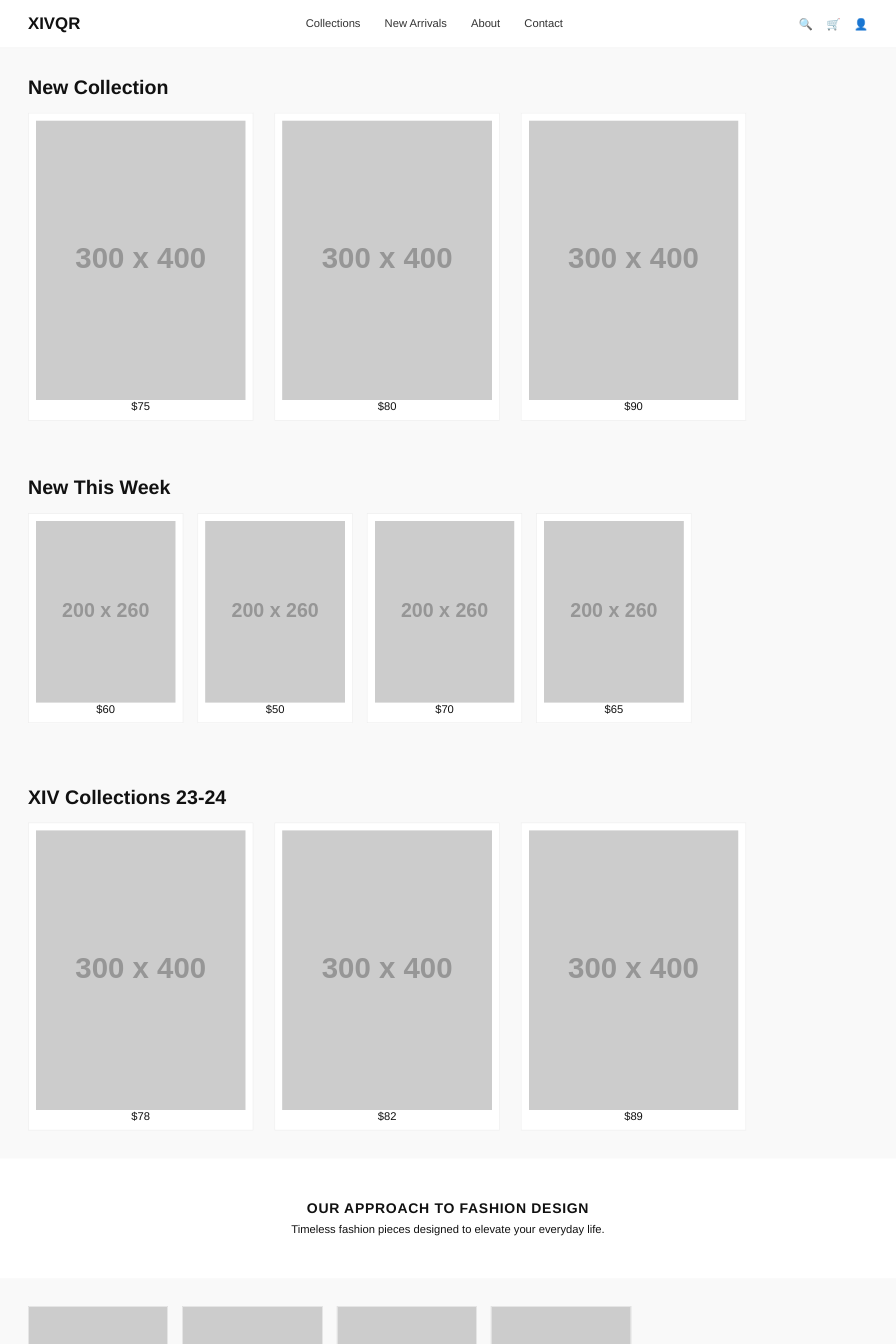
Repository: Diegoms0595/retail-dashboard-app
Page: index.html
An editor plug-in stored every save of this project. The page is shown before and after the next save, followed by the edit.
The browser window is 1280 px wide. The pictures show the part of the page from y = 0 to 1920 px (the page is 2301 px tall before and 4800 px after), at 70% of full size.

Above is the page before, as saved 2025-06-19 18:06:54.

### index.html
<!DOCTYPE html>
<html lang="en">
<head>
  <meta charset="UTF-8" />
  <meta name="viewport" content="width=device-width, initial-scale=1.0"/>
  <title>XIV QR Fashion</title>
  <link rel="stylesheet" href="style.css"/>
</head>
<body>

  <header class="navbar">
    <div class="logo">XIVQR</div>
    <nav class="nav-links">
      <a href="#">Collections</a>
      <a href="#">New Arrivals</a>
      <a href="#">About</a>
      <a href="#">Contact</a>
    </nav>
    <div class="icons">
      <span>🔍</span>
      <span>🛒</span>
      <span>👤</span>
    </div>
  </header>

  <section class="section new-collection">
    <h2>New Collection</h2>
    <div class="product-grid">
      <div class="product-card">
        <img src="https://via.placeholder.com/300x400" alt="Product" />
        <p>$75</p>
      </div>
      <div class="product-card">
        <img src="https://via.placeholder.com/300x400" alt="Product" />
        <p>$80</p>
      </div>
      <div class="product-card">
        <img src="https://via.placeholder.com/300x400" alt="Product" />
        <p>$90</p>
      </div>
    </div>
  </section>

  <section class="section new-this-week">
    <h2>New This Week</h2>
    <div class="product-row">
      <div class="product-card">
        <img src="https://via.placeholder.com/200x260" alt="Product"/>
        <p>$60</p>
      </div>
      <div class="product-card">
        <img src="https://via.placeholder.com/200x260" alt="Product"/>
        <p>$50</p>
      </div>
      <div class="product-card">
        <img src="https://via.placeholder.com/200x260" alt="Product"/>
        <p>$70</p>
      </div>
      <div class="product-card">
        <img src="https://via.placeholder.com/200x260" alt="Product"/>
        <p>$65</p>
      </div>
    </div>
  </section>

  <section class="section collections">
    <h2>XIV Collections 23-24</h2>
    <div class="product-grid">
      <div class="product-card">
        <img src="https://via.placeholder.com/300x400" alt="Product" />
        <p>$78</p>
      </div>
      <div class="product-card">
        <img src="https://via.placeholder.com/300x400" alt="Product" />
        <p>$82</p>
      </div>
      <div class="product-card">
        <img src="https://via.placeholder.com/300x400" alt="Product" />
        <p>$89</p>
      </div>
    </div>
  </section>

  <section class="design-approach">
    <h3>OUR APPROACH TO FASHION DESIGN</h3>
    <p>Timeless fashion pieces designed to elevate your everyday life.</p>
  </section>

  <section class="gallery">
    <img src="https://via.placeholder.com/200x250" alt="">
    <img src="https://via.placeholder.com/200x250" alt="">
    <img src="https://via.placeholder.com/200x250" alt="">
    <img src="https://via.placeholder.com/200x250" alt="">
  </section>

  <footer class="footer">
    <div class="footer-logo">XIV<br>QR</div>
    <p>&copy; 2025 XIVQR. All rights reserved.</p>
  </footer>

</body>
</html>

### style.css
* {
  margin: 0;
  padding: 0;
  box-sizing: border-box;
}

body {
  font-family: 'Helvetica Neue', sans-serif;
  color: #111;
  background-color: #f9f9f9;
}

.navbar {
  display: flex;
  justify-content: space-between;
  align-items: center;
  padding: 20px 40px;
  background: white;
  border-bottom: 1px solid #eee;
}

.logo {
  font-size: 24px;
  font-weight: bold;
}

.nav-links a {
  margin: 0 15px;
  text-decoration: none;
  color: #333;
  font-weight: 500;
}

.icons span {
  margin-left: 15px;
  cursor: pointer;
}

.section {
  padding: 40px;
}

.section h2 {
  font-size: 28px;
  margin-bottom: 20px;
}

.product-grid {
  display: flex;
  gap: 30px;
  flex-wrap: wrap;
}

.product-row {
  display: flex;
  gap: 20px;
  overflow-x: auto;
  padding-bottom: 10px;
}

.product-card {
  background: white;
  border: 1px solid #eee;
  padding: 10px;
  text-align: center;
}

.product-card img {
  width: 100%;
  height: auto;
  display: block;
}

.design-approach {
  text-align: center;
  padding: 60px 20px;
  background-color: #fff;
}

.design-approach h3 {
  font-size: 20px;
  letter-spacing: 1px;
  margin-bottom: 10px;
}

.gallery {
  display: flex;
  gap: 20px;
  padding: 40px;
  overflow-x: auto;
}

.gallery img {
  height: 250px;
  border: 1px solid #ddd;
}

.footer {
  text-align: center;
  padding: 30px 20px;
  background: #fff;
  border-top: 1px solid #eee;
}

.footer-logo {
  font-size: 24px;
  font-weight: bold;
  margin-bottom: 10px;
}

After the next save:
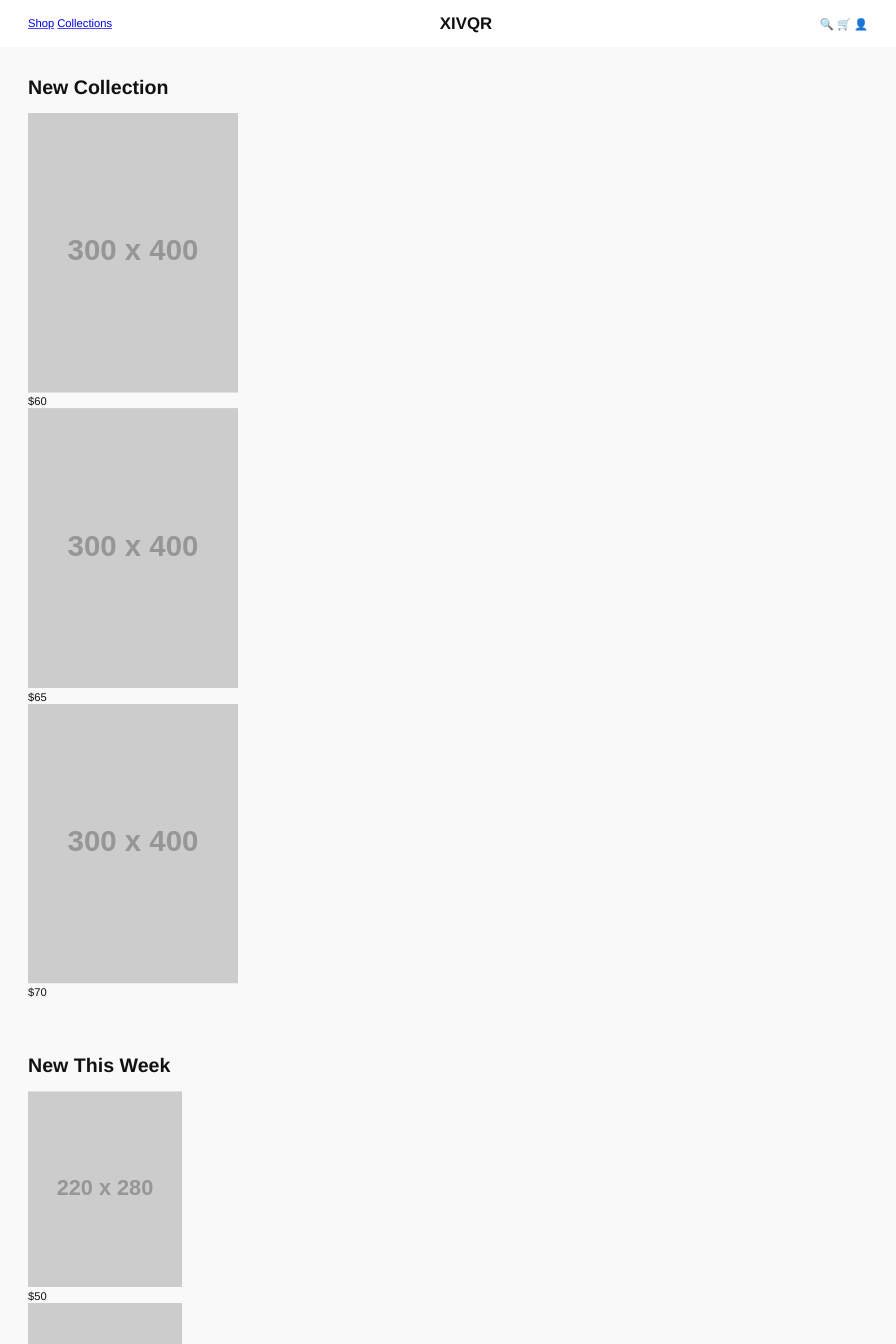
Saved 65 s later.
--- a/index.html
+++ b/index.html
@@ -3,96 +3,72 @@
 <head>
   <meta charset="UTF-8" />
   <meta name="viewport" content="width=device-width, initial-scale=1.0"/>
-  <title>XIV QR Fashion</title>
-  <link rel="stylesheet" href="style.css"/>
+  <title>XIV QR Store</title>
+  <link href="https://fonts.googleapis.com/css2?family=Inter:wght@400;600;800&display=swap" rel="stylesheet">
+  <link rel="stylesheet" href="style.css" />
 </head>
 <body>
 
+  <!-- Navbar -->
   <header class="navbar">
+    <div class="left-links">
+      <a href="#">Shop</a>
+      <a href="#">Collections</a>
+    </div>
     <div class="logo">XIVQR</div>
-    <nav class="nav-links">
-      <a href="#">Collections</a>
-      <a href="#">New Arrivals</a>
-      <a href="#">About</a>
-      <a href="#">Contact</a>
-    </nav>
-    <div class="icons">
+    <div class="right-icons">
       <span>🔍</span>
       <span>🛒</span>
       <span>👤</span>
     </div>
   </header>
 
-  <section class="section new-collection">
-    <h2>New Collection</h2>
-    <div class="product-grid">
-      <div class="product-card">
-        <img src="https://via.placeholder.com/300x400" alt="Product" />
-        <p>$75</p>
-      </div>
-      <div class="product-card">
-        <img src="https://via.placeholder.com/300x400" alt="Product" />
-        <p>$80</p>
-      </div>
-      <div class="product-card">
-        <img src="https://via.placeholder.com/300x400" alt="Product" />
-        <p>$90</p>
-      </div>
+  <!-- Hero Section -->
+  <section class="section">
+    <h2 class="section-title">New Collection</h2>
+    <div class="products three">
+      <div class="product"><img src="https://via.placeholder.com/300x400" /><p>$60</p></div>
+      <div class="product"><img src="https://via.placeholder.com/300x400" /><p>$65</p></div>
+      <div class="product"><img src="https://via.placeholder.com/300x400" /><p>$70</p></div>
     </div>
   </section>
 
-  <section class="section new-this-week">
-    <h2>New This Week</h2>
-    <div class="product-row">
-      <div class="product-card">
-        <img src="https://via.placeholder.com/200x260" alt="Product"/>
-        <p>$60</p>
-      </div>
-      <div class="product-card">
-        <img src="https://via.placeholder.com/200x260" alt="Product"/>
-        <p>$50</p>
-      </div>
-      <div class="product-card">
-        <img src="https://via.placeholder.com/200x260" alt="Product"/>
-        <p>$70</p>
-      </div>
-      <div class="product-card">
-        <img src="https://via.placeholder.com/200x260" alt="Product"/>
-        <p>$65</p>
-      </div>
+  <!-- New This Week -->
+  <section class="section">
+    <h2 class="section-title">New This Week</h2>
+    <div class="products four">
+      <div class="product"><img src="https://via.placeholder.com/220x280" /><p>$50</p></div>
+      <div class="product"><img src="https://via.placeholder.com/220x280" /><p>$45</p></div>
+      <div class="product"><img src="https://via.placeholder.com/220x280" /><p>$55</p></div>
+      <div class="product"><img src="https://via.placeholder.com/220x280" /><p>$60</p></div>
     </div>
   </section>
 
-  <section class="section collections">
-    <h2>XIV Collections 23-24</h2>
-    <div class="product-grid">
-      <div class="product-card">
-        <img src="https://via.placeholder.com/300x400" alt="Product" />
-        <p>$78</p>
-      </div>
-      <div class="product-card">
-        <img src="https://via.placeholder.com/300x400" alt="Product" />
-        <p>$82</p>
-      </div>
-      <div class="product-card">
-        <img src="https://via.placeholder.com/300x400" alt="Product" />
-        <p>$89</p>
-      </div>
+  <!-- Collection 23-24 -->
+  <section class="section">
+    <h2 class="section-title">XIV Collections 23–24</h2>
+    <div class="products three">
+      <div class="product"><img src="https://via.placeholder.com/300x400" /><p>$68</p></div>
+      <div class="product"><img src="https://via.placeholder.com/300x400" /><p>$74</p></div>
+      <div class="product"><img src="https://via.placeholder.com/300x400" /><p>$79</p></div>
     </div>
   </section>
 
-  <section class="design-approach">
-    <h3>OUR APPROACH TO FASHION DESIGN</h3>
-    <p>Timeless fashion pieces designed to elevate your everyday life.</p>
+  <!-- Design Philosophy -->
+  <section class="section center-text">
+    <h3 class="philosophy-title">OUR APPROACH TO FASHION DESIGN</h3>
+    <p class="philosophy-text">We combine contemporary minimalism with timeless tailoring. Designed to adapt to modern life.</p>
   </section>
 
+  <!-- Image Gallery -->
   <section class="gallery">
-    <img src="https://via.placeholder.com/200x250" alt="">
-    <img src="https://via.placeholder.com/200x250" alt="">
-    <img src="https://via.placeholder.com/200x250" alt="">
-    <img src="https://via.placeholder.com/200x250" alt="">
+    <img src="https://via.placeholder.com/200x250" />
+    <img src="https://via.placeholder.com/200x250" />
+    <img src="https://via.placeholder.com/200x250" />
+    <img src="https://via.placeholder.com/200x250" />
   </section>
 
+  <!-- Footer -->
   <footer class="footer">
     <div class="footer-logo">XIV<br>QR</div>
     <p>&copy; 2025 XIVQR. All rights reserved.</p>
